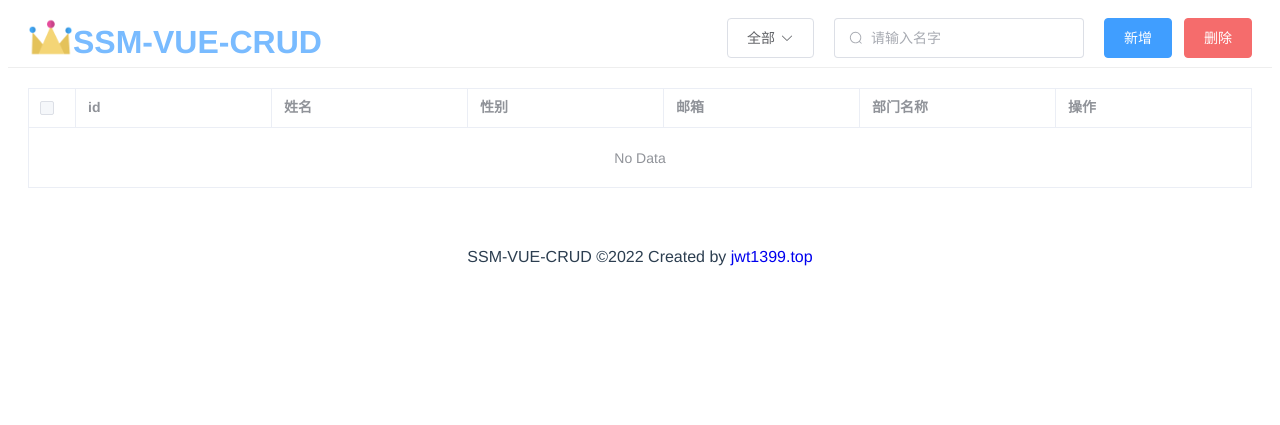
Repository: jwt1399/ssm-vue-crud
Page: / (app in ssm-crud-front/)
The author's editor kept a copy of each file at every save. The page is drawn from the files as they stood at one save, then again after the next save.
The browser window is 1280 px wide. The pictures show the whole page.
The project was rebuilt for these pictures with package versions that can differ from the ones it lists, and the page was loaded fresh each time. Also part of the build but not shown: ssm-crud-front/vue.config.js.

Above is the page before, as saved 2022-06-09 10:54:33.

### ssm-crud-front/public/index.html
<!DOCTYPE html>
<html lang="zh-Hans">
  <head>
    <meta charset="utf-8">
    <meta http-equiv="X-UA-Compatible" content="IE=edge">
    <meta name="viewport" content="width=device-width,initial-scale=1.0">
    <link rel="icon" href="<%= BASE_URL %>favicon.png">
    <title><%= htmlWebpackPlugin.options.title %></title>
  </head>
  <body>
    <noscript>
      <strong>We're sorry but <%= htmlWebpackPlugin.options.title %> doesn't work properly without JavaScript enabled. Please enable it to continue.</strong>
    </noscript>
    <div id="app"></div>
    <!-- built files will be auto injected -->
  </body>
</html>

### ssm-crud-front/src/main.js
import { createApp } from 'vue'
import App from './App.vue'
import router from './router'
import ElementPlus from 'element-plus'
import 'element-plus/dist/index.css'
import * as ElementPlusIconsVue from '@element-plus/icons-vue'

const app = createApp(App)

//配置全局icon
for (const [key, component] of Object.entries(ElementPlusIconsVue)) {
    app.component(key, component)
  }

app.use(router).use(ElementPlus).mount('#app')

### ssm-crud-front/src/App.vue
<template>
<Header/>
  <router-view/>
</template>



<style>
#app {
  font-family: Avenir, Helvetica, Arial, sans-serif;
  -webkit-font-smoothing: antialiased;
  -moz-osx-font-smoothing: grayscale;
  text-align: center;
  color: #2c3e50;
}
</style>

### ssm-crud-front/src/router/index.js
import { createRouter, createWebHashHistory } from 'vue-router'
import CrudView from '../views/CrudView.vue'
const routes = [
  {
    path: '/',
    name: 'home',
    component: CrudView
  },
  {
    path: '/about',
    name: 'about',
    // route level code-splitting
    // this generates a separate chunk (about.[hash].js) for this route
    // which is lazy-loaded when the route is visited.
    component: () => import(/* webpackChunkName: "about" */ '../views/AboutView.vue')
  }
]

const router = createRouter({
  history: createWebHashHistory(),
  routes
})

export default router

### ssm-crud-front/src/views/CrudView.vue
<template>
      <Header/>
      <CrudForm/>
      <Footer/>
</template>


<script>
import Header from '@/components/Header.vue'
import Footer from '@/components/Footer.vue'
import CrudForm from '@/components/CrudForm.vue'
export default {
    name: 'CrudView',
    components: {
        Header,
        Footer,
        CrudForm,
    }
}
</script>

### ssm-crud-front/src/components/Header.vue
<template>
 <el-header class="header">
    <div class="nav">
        <a href="/" class="nav-link">
            <img src="../assets/favicon.png" alt="logo" class="nav-logo">
            <h1 class="nav-title ">SSM-VUE-CRUD</h1>
        </a>
    </div>
    <div class="nav-item">
        <el-dropdown>
            <el-button size="large">
                全部
                <el-icon class="el-icon--right">
                    <arrow-down />
                </el-icon>
            </el-button>
            <template #dropdown>
                <el-dropdown-menu>
                    <el-dropdown-item>Action 1</el-dropdown-item>
                    <el-dropdown-item>Action 2</el-dropdown-item>
                </el-dropdown-menu>
            </template>
        </el-dropdown>

        <div class="nav-search">
            <el-input
            placeholder="请输入名字"
            v-model="search"
            size="large"
            @change="searchChange"
            clearable >
                <template #prefix>
                    <el-icon class="el-input__icon"><search /></el-icon>
                </template>
            </el-input>

        </div>
        <el-button type="primary" size="large" @click="addEmployee()">新增</el-button>
        <el-button type="danger" size="large" @click="batchDeleteEmployee()">删除</el-button>
    </div>
</el-header>
</template>

<script>

export default {
  name: 'Header',
}
</script>

<!-- <script setup>
import { Search,Edit, Delete } from '@element-plus/icons-vue'
</script> -->

<style scoped>
.nav-logo {
	height: 45px;
	width: 45px;
	vertical-align: middle;
	display: inline-block;
}

.nav-title {
	font-size: 2rem;
	display: inline-block;
	vertical-align: middle;
	color: #79bbff;
	padding-top: 10px;
}

.nav-item {
	display: flex;
	align-items: center;
}

.nav-search {
	width: 250px;
	margin: 0 20px;
}

.header {
	display: flex;
	align-items: center;
	justify-content: space-between;
	width: 100%;
	border-bottom: 1px solid #eee;
	min-width: 800px;
}



</style>

### ssm-crud-front/src/components/Footer.vue
<template>
<el-footer class="footer" style="text-align:center">
    SSM-VUE-CRUD ©2022 Created by
    <a href="https://jwt1399.top" style="text-decoration: none;">
    jwt1399.top
    </a>
 </el-footer>
</template>


<script>
export default{
    name:'Footer',
}
</script>

### ssm-crud-front/src/components/CrudForm.vue
  <template>
    <el-main>
        <div class="data-table">
            <el-table :data="employeeList" border style="width: 100%" v-loading="loading"
                @selection-change="handleSelectionChange">
                <el-table-column type="selection"></el-table-column>
                <el-table-column prop="empId" label="id"></el-table-column>
                <el-table-column prop="empName" label="姓名"></el-table-column>
                <el-table-column prop="gender" label="性别" :formatter="formatterSex"></el-table-column>
                <el-table-column prop="email" label="邮箱"></el-table-column>
                <el-table-column prop="department.deptName" label="部门名称"></el-table-column>

                <el-table-column label="操作">
                    <el-button type="primary" size="large" :icon="Edit" @click="handleEdit(scope.$index, scope.row)"
                        circle>
                    </el-button>

                    <el-button type="danger" size="large" :icon="Delete" @click="handleDelete(scope.$index, scope.row)"
                        circle>
                    </el-button>
                </el-table-column>
            </el-table>
        </div>
        <div class="table-pagination">
            <el-pagination v-model:current-page="pageNum" v-model:page-size="pageSize" :page-sizes="[5, 10, 15, 20]"
                :small="small" :disabled="disabled" :background="background"
                layout="total, sizes, prev, pager, next, jumper" :total="total" @size-change="handleSizeChange"
                @current-change="handleCurrentChange" />
        </div>
    </el-main>

</template>

<script>
export default {
    name:'CrudForm'
}
</script>



<style scoped>
.table-pagination {
	display: flex;
	justify-content: center;
	padding: 20px;
}

</style>

After the next save:
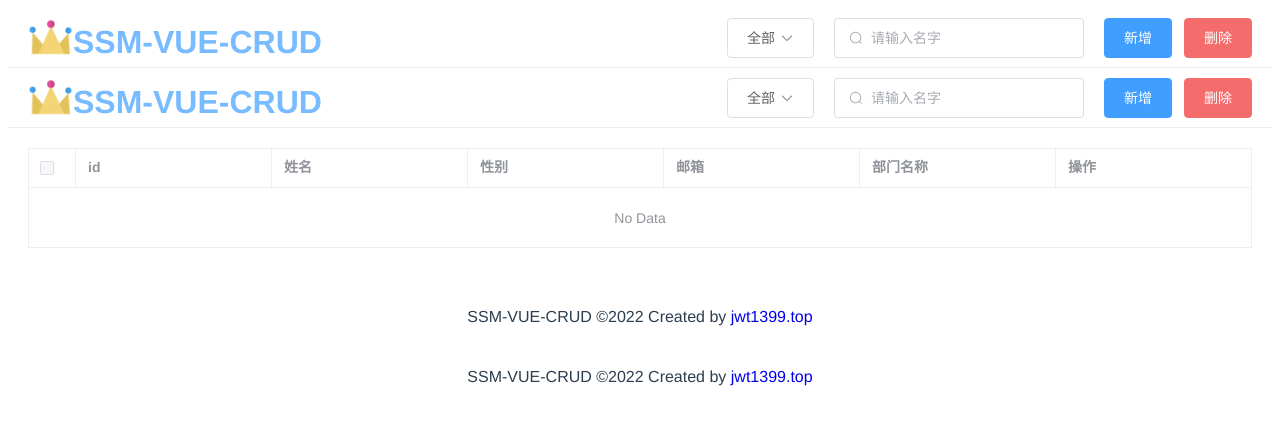
Saved 61 s later.
--- a/ssm-crud-front/src/App.vue
+++ b/ssm-crud-front/src/App.vue
@@ -1,9 +1,19 @@
 <template>
-<Header/>
+  <Header/>
   <router-view/>
+        <Footer/>
 </template>
 
-
+<script>
+import Header from '@/components/Header.vue'
+import Footer from '@/components/Footer.vue'
+export default {
+    components: {
+        Header,
+        Footer,
+    }
+}
+</script>
 
 <style>
 #app {
